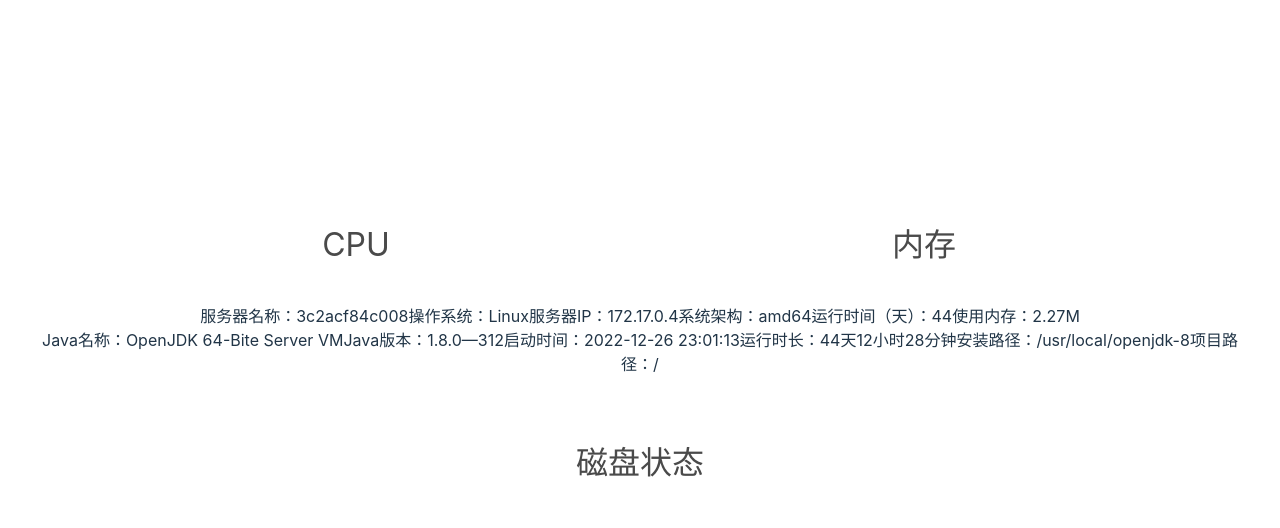
Repository: wwwxq1/vite-project
Page: /
These files come from the project's save history. The page is drawn as it stood at one moment and after the next save; the edit follows.
The browser window is 1280 px wide. The pictures show the whole page.
The project was rebuilt for these pictures with package versions that can differ from the ones it lists, and the page was loaded fresh each time. Also part of the build but not shown: vite.config.ts.

Above is the page before, as saved 2023-02-16 17:08:43.

After the next save:
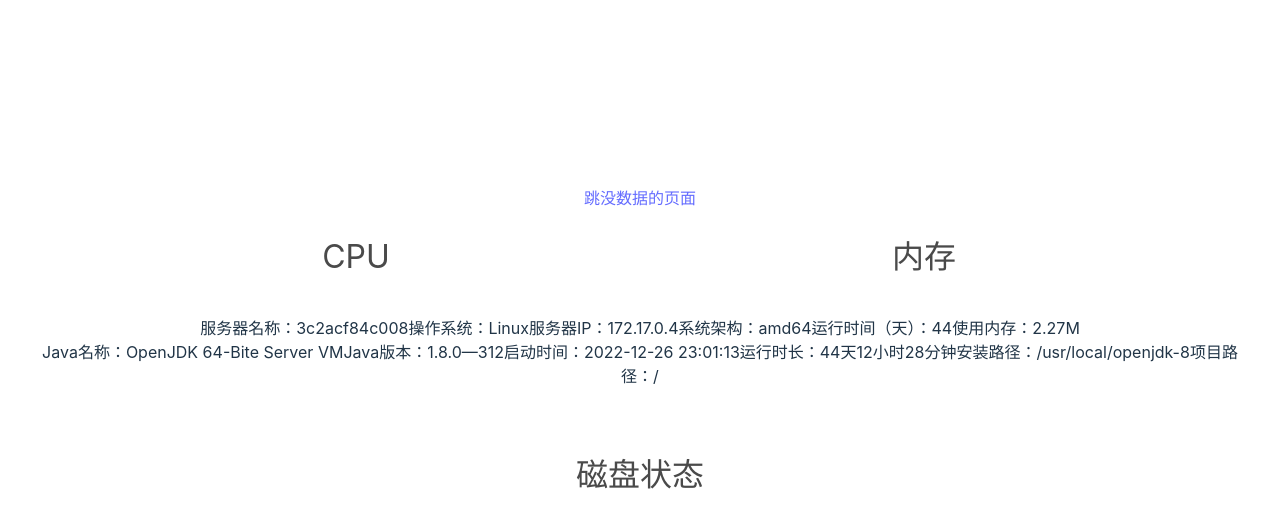
Saved 38 s later.
--- a/src/views/index.vue
+++ b/src/views/index.vue
@@ -18,6 +18,7 @@ const state = reactive({
 <template>
     <!-- 服务监控 -->
     <div class="systemMonitoring-serviceMonitoring">
+      <router-link to="/indexone" >跳没数据的页面</router-link>
       <div class="cpu-neic">
         <div class="cpu-content">
           <div class="name-tile">CPU</div>
